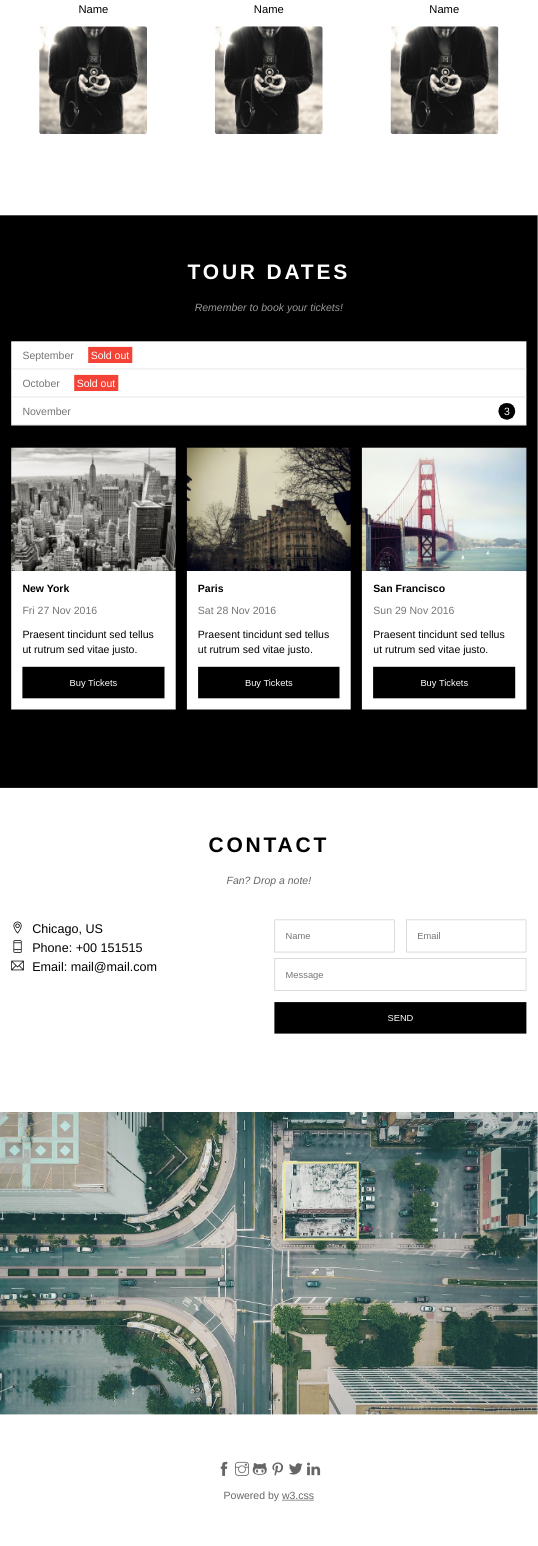
Repository: phongngotrong/w3school_reup
Page: index.html
The author's editor kept a copy of each file at every save. The page is drawn from the files as they stood at one save, then again after the next save.
The browser window is 768 px wide. The pictures show the part of the page from y = 792 to 3032 px (the page is 3000 px tall before and 3032 px after), at 70% of full size.

Above is the page before, as saved 2022-02-15 23:17:59.

After the next save:
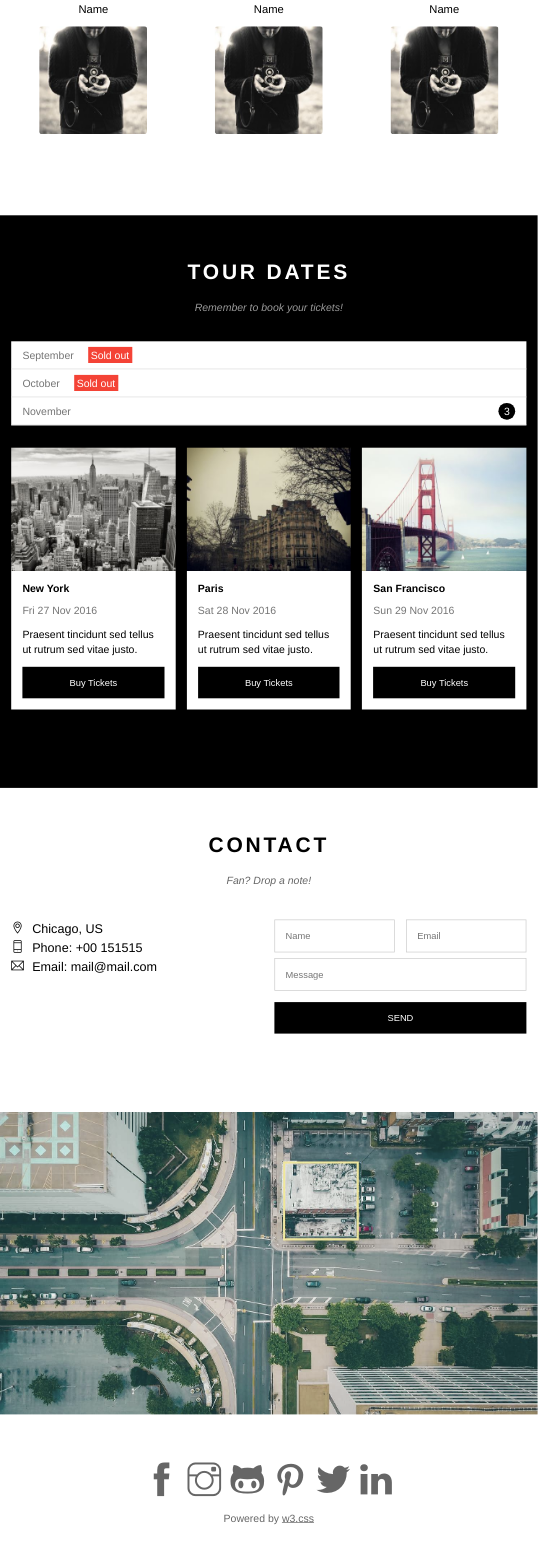
Saved 2 min 43 s later.
--- a/assets/css/responsive.css
+++ b/assets/css/responsive.css
@@ -20,7 +20,7 @@
     padding: 15px;
   }
 
-  .social-list {
+  #footer .social-list {
     font-size: 48px;
   }
 }
